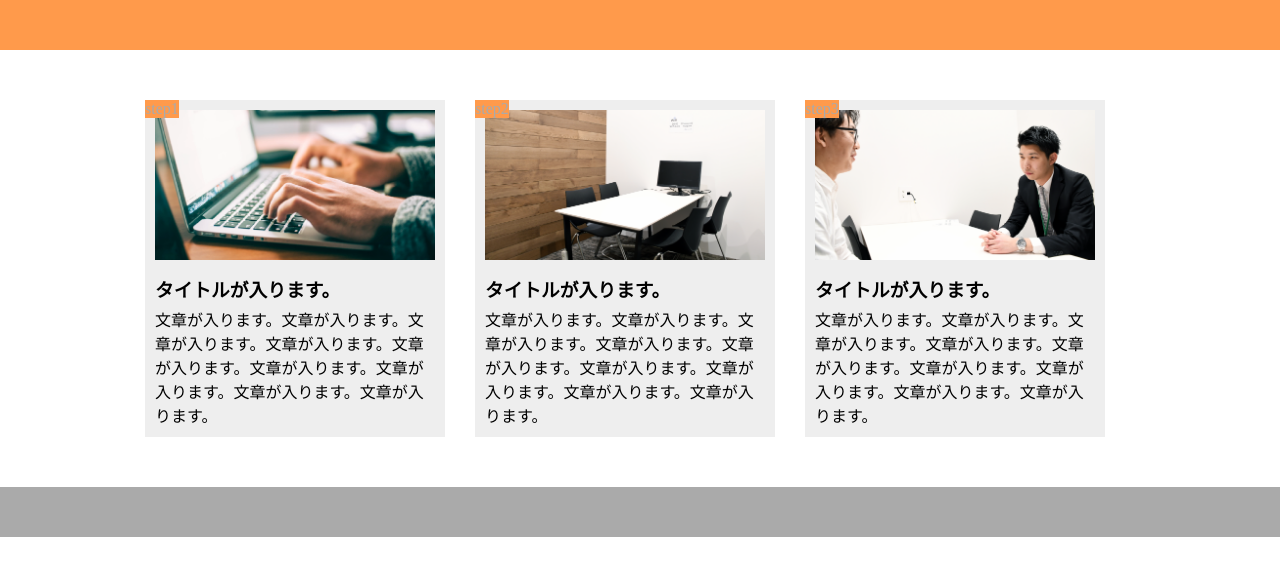
Repository: macchi-ro/-1
Page: 演習/practice.html
The author's editor kept a record of every edit. The page is drawn from the files as they stood at one moment, then again after the next edit.
The browser window is 1280 px wide. The pictures show the whole page.
Some web libraries are served in a nearby version.

Above is the page before.

### 演習/practice.html
<!DOCTYPE html>
<html lang="ja">
  <head>
    <meta charset="UTF-8" />
    <meta name="viewport" content="width=device-width,initial-scale=1.0">

    <!-- FontAwesomeの読み込み -->
    <script src="https://kit.fontawesome.com/1411ab0f97.js" crossorigin="anonymous"></script>
    <!-- CSSファイルの読み込み -->
    <link rel="stylesheet" href="practice.css" />
    <title>演習</title>


  </head>

  <body>
   <header>
     <div class="header"></div>
   </header>

   <main>
     <div class="main">
      <div class="step-box">
       <div class="step-num">step1</div>
       <div class="step-img1"></div>
       <h3 class="title">タイトルが入ります。</h3>
       <p class="stepbox.text">文章が入ります。文章が入ります。文章が入ります。文章が入ります。文章が入ります。文章が入ります。文章が入ります。文章が入ります。文章が入ります。</p>
     </div>

      <div class="step-box">
       <div class="step-num">step2</div>
       <div class="step-img2"></div>
       <h3 class="title">タイトルが入ります。</h3>
       <p class="stepbox.text">文章が入ります。文章が入ります。文章が入ります。文章が入ります。文章が入ります。文章が入ります。文章が入ります。文章が入ります。文章が入ります。</p>
      </div>

      <div class="step-box">
       <div class="step-num">step3</div>
       <div class="step-img3"></div>
       <h3 class="title">タイトルが入ります。</h3>
       <p class="stepbox.text">文章が入ります。文章が入ります。文章が入ります。文章が入ります。文章が入ります。文章が入ります。文章が入ります。文章が入ります。文章が入ります。</p>
      </div>
     </div>
   </main>

   <footer>
     <div class="footer"></div>
   </footer>
  </body>
</html>

### 演習/practice.css
* {
  box-sizing: border-box;
  margin: 0;
  padding: 0;
}

.header {
 height: 50px;
 background-color: #ff9a4b;
}

.main {
  width: 960;
  margin: 50px auto;
  display: flex;
  justify-content: center;
}

.step-box {
  width: 300px;
  margin-right: 30px;
  padding: 10px;
  position: relative;
  background-color: #eee
}

.step-box last-child {
  margin-right: 0;
}

.step-img1 {
  height: 150px;
  background-image: url(img/flow01.png);
  background-position: bottom;
  background-size: cover
}

.step-img2 {
  height: 150px;
  background-image: url(img/flow02.png);
  background-position: bottom;
  background-size: cover
}

.step-img3 {
  height: 150px;
  background-image: url(img/flow03.png);
  background-position: bottom;
  background-size: cover
}

.step-num {
  position: absolute;
  top: 0;
  left: 0;
  background-color: #ff9a4b;
  color: #aaa;
}

.title {
  margin: 15px 0 5px;
}

.footer {
  height: 50px;
  background-color: #aaa;
}
@media screen and (max-width: 425px) {

   .header {
    width: 100%;
    }
   .main {
    width: 100%;
    }
   .footer {
    width: 100%;
    }

    .header {
     height: 50px;
    }
    .main {
     margin: 50px auto;
     display: block;
     justify-content: center;
     }

    .step-box {
      width: 90%;
      height: auto;
      margin: 0 auto;
      margin-bottom: 20px;
    }

    .step-box:last-child {
      margin-bottom: 0px
    }

    .step-img1 {
      height: 150px;
    }

}

After the next edit:
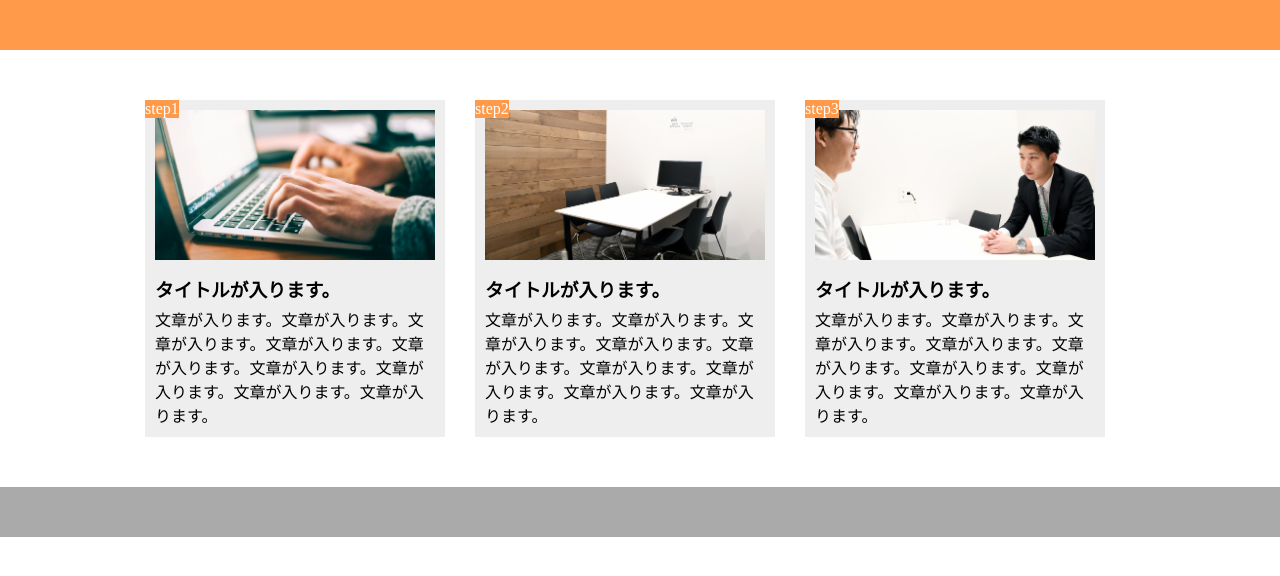
The edit:
--- a/演習/practice.css
+++ b/演習/practice.css
@@ -54,7 +54,7 @@
   top: 0;
   left: 0;
   background-color: #ff9a4b;
-  color: #aaa;
+  color: #fff;
 }
 
 .title {
